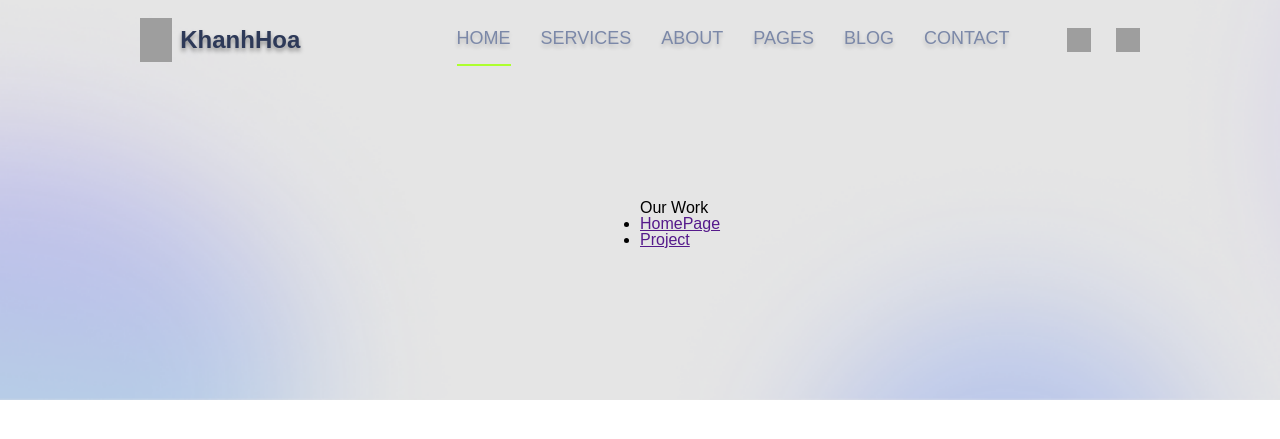
Repository: 0584386177/Clone
Page: src/pr.html
These files come from the project's save history. The page is drawn as it stood at one moment and after the next save; the edit follows.
The browser window is 1280 px wide. The pictures show the whole page.
Pictures or frames that could not be fetched are drawn as grey boxes. The style sheet was rebuilt from its Sass, Less or Tailwind sources for each picture, by a compiler version that may differ from the author's.

Above is the page before, as saved 2023-09-27 15:37:30.

After the next save:
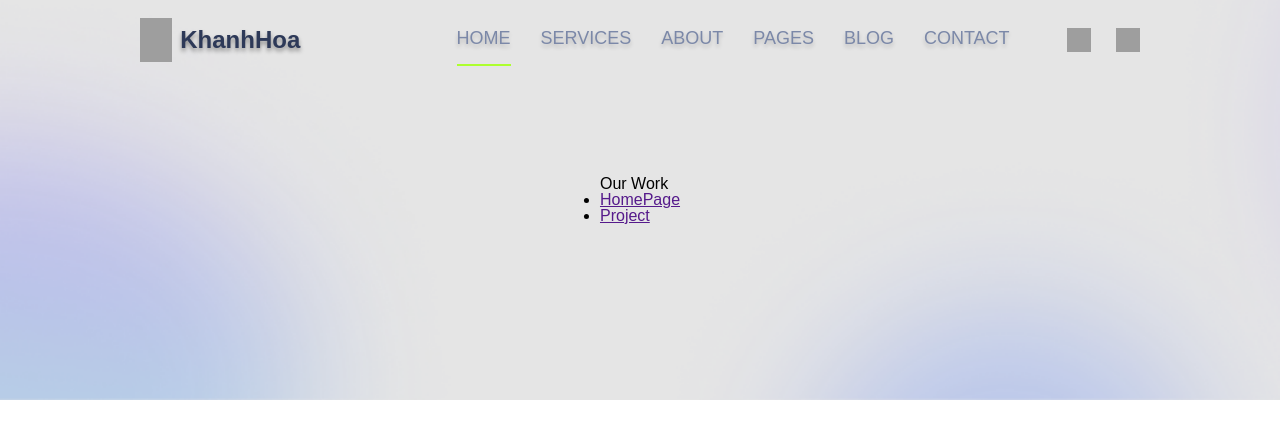
Saved 13 s later.
--- a/src/sass/header.scss
+++ b/src/sass/header.scss
@@ -85,4 +85,5 @@ $secondary--color: #7B88A8;
   position: absolute;
   top: 50%;
   left: 50%;
+  transform: translate(-50%,-50%);
 }
